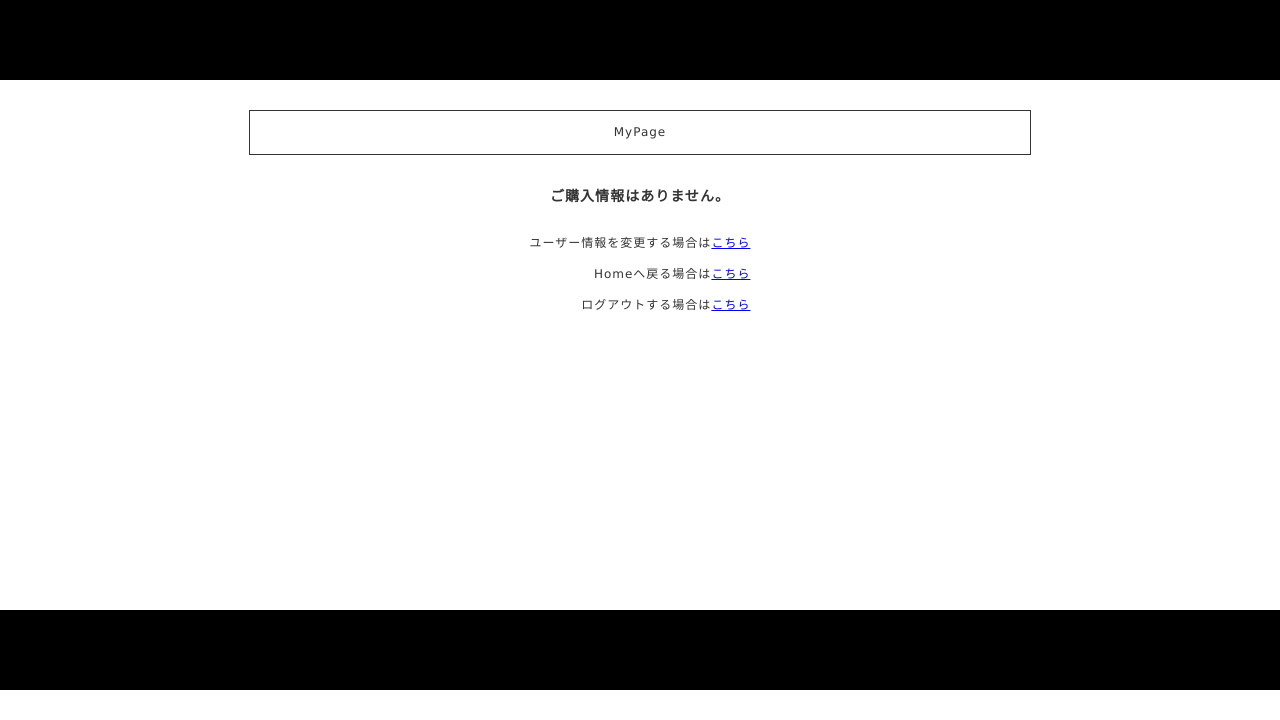
Repository: rt-1217/j2
Page: http://localhost/ecsite01/myPage.jsp
These files come from the project's save history. The page is drawn as it stood at one moment and after the next save; the edit follows.
The browser window is 1280 px wide. The pictures show the whole page.
The page is served by Tomcat 9. Other server files are loaded and not shown.

Above is the page before, as saved 2018-05-15 07:54:10.

### ecsite01/WebContent/myPage.jsp
<%@ page language="java" contentType="text/html; charset=UTF-8"
    pageEncoding="UTF-8"%>
    <%@ taglib prefix="s" uri="/struts-tags"%>
<!DOCTYPE html PUBLIC "-//W3C//DTD HTML 4.01 Transitional//EN" "http://www.w3.org/TR/html4/loose.dtd">
<html>
<head>
<meta http-equiv="Content-Type" content="text/html; charset=utf-8" />
<meta http-equiv="Content-Style-Type" content="text/css" />
<meta http-equiv="Content-Script-Type" content="text/javascript" />
<meta http-equiv="imagetoolbar" content="no" />
<meta name="description" content="" />
<meta name="keywords" content="" />
<title>MyPage画面</title>
<style type="text/css">
/* ============TAG LAYOUT============= */
body {
margin:0;
padding:0;
line-height:1.6;
letter-spacing:1px;
font-family:Verdana, Helvetica, sans-serif;
font-size:12px;
color:#333;
background:#fff;
}
table {
text-align:center;
margin:0 auto;
}
/* ========ID LAYOUT======== */
#top {
width:780px;
margin:30px auto;
border:1px solid #333;
}
#header {
width: 100%;
height: 80px;
background-color: black;
}
#main {
width: 100%;
height: 500px;
text-align: center;
}
#footer {
width: 100%;
height: 80px;
background-color: black;
clear:both;
}
#text-right {
display: inline-block;
text-align: right;
}
</style>


</head>
<body>

<div id="header">
<div id="pr">
</div></div>
<div id="main">
<div id="top">
<p>MyPage</p>
</div>

<div>
<s:if test="myPageList == null">
<h3>ご購入情報はありません。</h3>
</s:if>
<s:elseif test="message == null">
<h3>ご購入情報は以下になります。</h3>
<table border="1">
<tr>
<th>商品名</th>
<th>値段</th>
<th>購入個数</th>
<th>支払い方法</th>
<th>購入日</th>
</tr>
<s:iterator value="myPageList">
<tr>
<td><s:property value="itemName" /></td>
<td><s:property value="totalPrice" /><span>円</span></td>
<td><s:property value="totalCount" /><span>個</span></td>
<td><s:property value="payment" /></td>
<td><s:property value="insert_date" /></td>
</tr>
</s:iterator>
</table>

<s:form action="MyPageAction">
<input type="hidden" name="deleteFlg" value="1">
<s:submit value="削除" method="delete"/>
</s:form>
</s:elseif>
<s:if test="message !=null">
<h3><s:property value="message"/></h3>
</s:if>
<div id="text-right">

<p>ユーザー情報を変更する場合は<a href='<s:url action="GoUserUpdateAction"/>'>こちら</a></p>
<p>Homeへ戻る場合は<a href='<s:url action="GoHomeAction"/>'>こちら</a></p>
<p>ログアウトする場合は<a href='<s:url action="LogoutAction" />'>こちら</a></p>


</div>


</div>




</div>

<div id="footer">
<div id="pr">
</div>
</div>







</body>
</html>

After the next save:
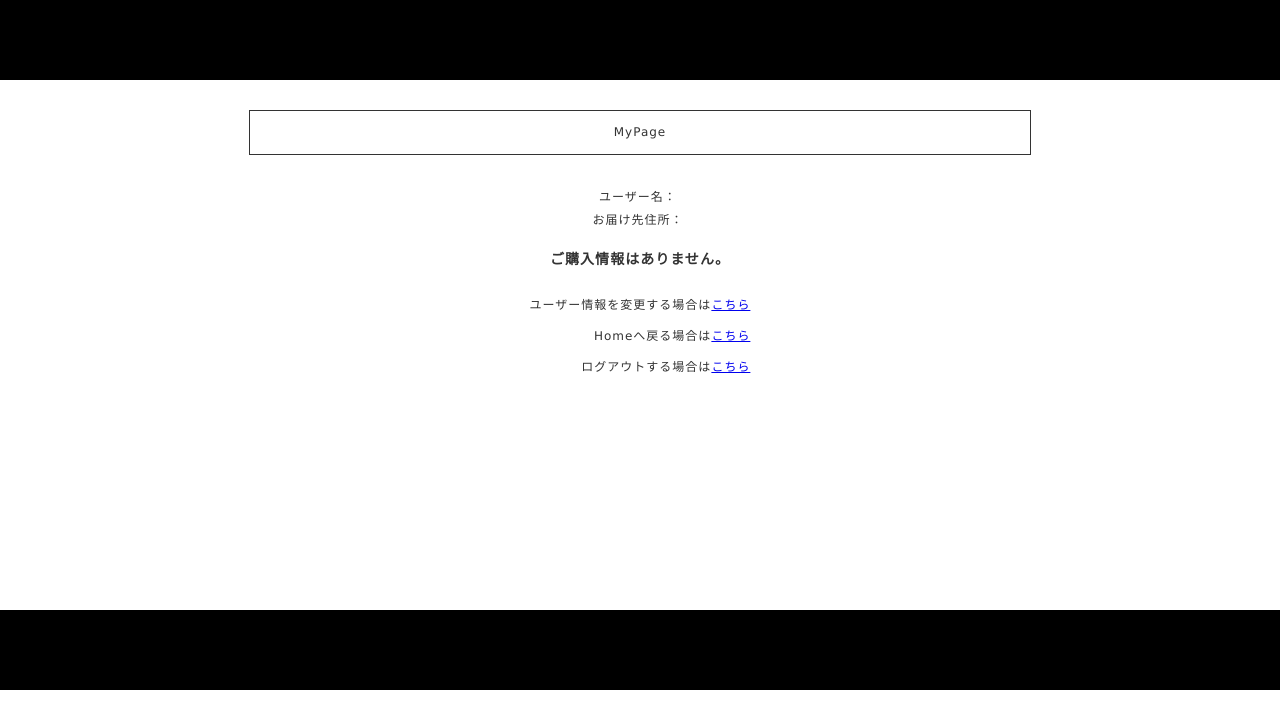
Saved 2 min 33 s later.
--- a/ecsite01/WebContent/myPage.jsp
+++ b/ecsite01/WebContent/myPage.jsp
@@ -67,6 +67,29 @@ text-align: right;
 <p>MyPage</p>
 </div>
 
+
+<div>
+<s:form>
+<tr><td>
+ユーザー名：
+</td>
+<td>
+<s:property value="session.userName"/>
+</td>
+</tr>
+<tr><td>
+お届け先住所：
+</td>
+<td>
+<s:property value="session.userAddress"/>
+</td>
+</tr>
+</s:form>
+</div>
+
+
+
+
 <div>
 <s:if test="myPageList == null">
 <h3>ご購入情報はありません。</h3>
